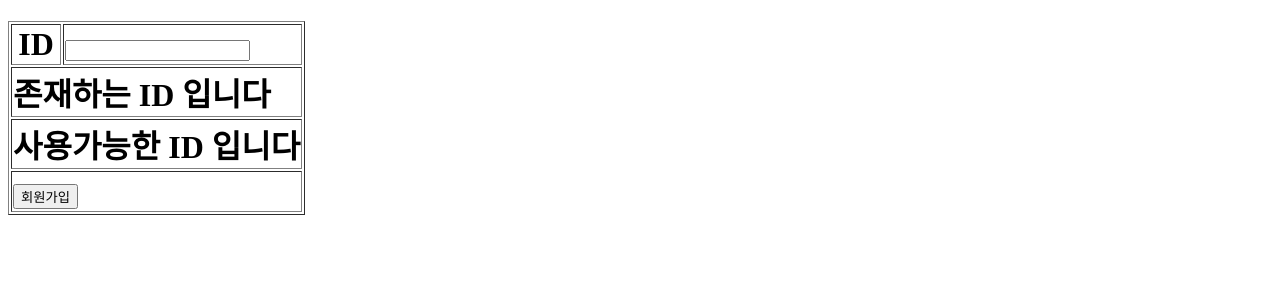
Repository: siucrystal/siuproject
Page: http://localhost/myweb/idcheck.jsp
The author's editor kept a copy of each file at every save. The page is drawn from the files as they stood at one save, then again after the next save.
The browser window is 1280 px wide. The pictures show the whole page.
The page is served by Tomcat 9. Other server files are loaded and not shown.

Above is the page before, as saved 2023-09-19 02:38:02.
Console error: SyntaxError: missing ) after argument list

### jspws/myweb/src/main/webapp/idcheck.jsp
<%@ page language="java" contentType="text/html; charset=UTF-8"
    pageEncoding="UTF-8"%>
<!DOCTYPE html>
<html>
<head>
<script type="text/javascript" src="http://code.jquery.com/jquery-3.5.1.min.js"></script>
<script>
	function getMemberAjax(id) {
		$.ajax({
			contentType : 'application/json',
			type: 'GET',
			url: 'getMemberjson.jsp',
			data: {id:id},
			dataType: 'json',
			success: function(response) {
				console.log(response);
			},
			error : function(xhr, status, error) {
				console.log(xhr, status, error);
			}
		});
	}

	$(functiuon(){
		getMemberAjax('kim');
	})
</script>
<meta charset="UTF-8">
<title>test idcheck</title>
</head>
<body>
<h1>
	<form name="joinForm" action="getMemberjson.jsp" method="post">
		<table border="1">
			<tr><th>ID</th>
			<td><input type="text" name="id">
			</td></tr>
			<tr><td colspan="2">존재하는 ID 입니다</td></tr>
			<tr><td colspan="2">사용가능한 ID 입니다</td></tr>
			<tr><td colspan="2"><input type="submit" value="회원가입"></td></tr>
		</table>
	</form>
</h1>
</body>
</html>

After the next save:
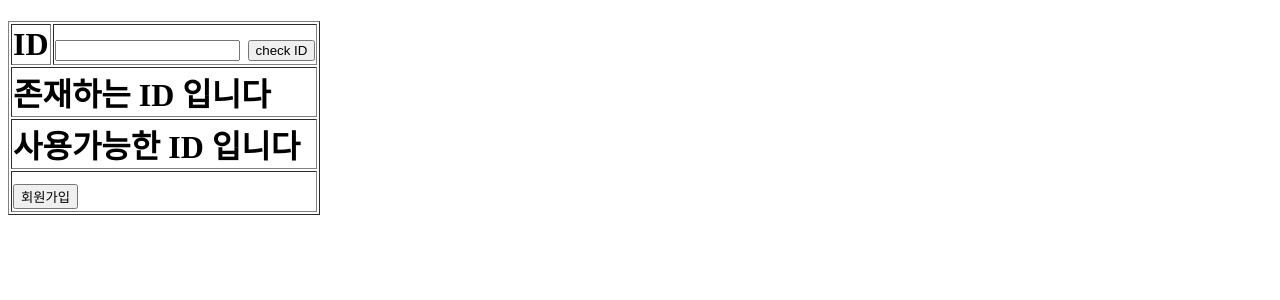
Saved 8 min 51 s later.
--- a/jspws/myweb/src/main/webapp/idcheck.jsp
+++ b/jspws/myweb/src/main/webapp/idcheck.jsp
@@ -22,7 +22,9 @@
 	}
 
 	$(functiuon(){
-		getMemberAjax('kim');
+		$('#checkBtn').on('click',function(){
+			getMemberAjax('kim');
+		});
 	})
 </script>
 <meta charset="UTF-8">
@@ -33,7 +35,8 @@
 	<form name="joinForm" action="getMemberjson.jsp" method="post">
 		<table border="1">
 			<tr><th>ID</th>
-			<td><input type="text" name="id">
+			<td><input type="text" name="id" id="id">
+			<input type="button" value="check ID" id="checkBtn">
 			</td></tr>
 			<tr><td colspan="2">존재하는 ID 입니다</td></tr>
 			<tr><td colspan="2">사용가능한 ID 입니다</td></tr>
